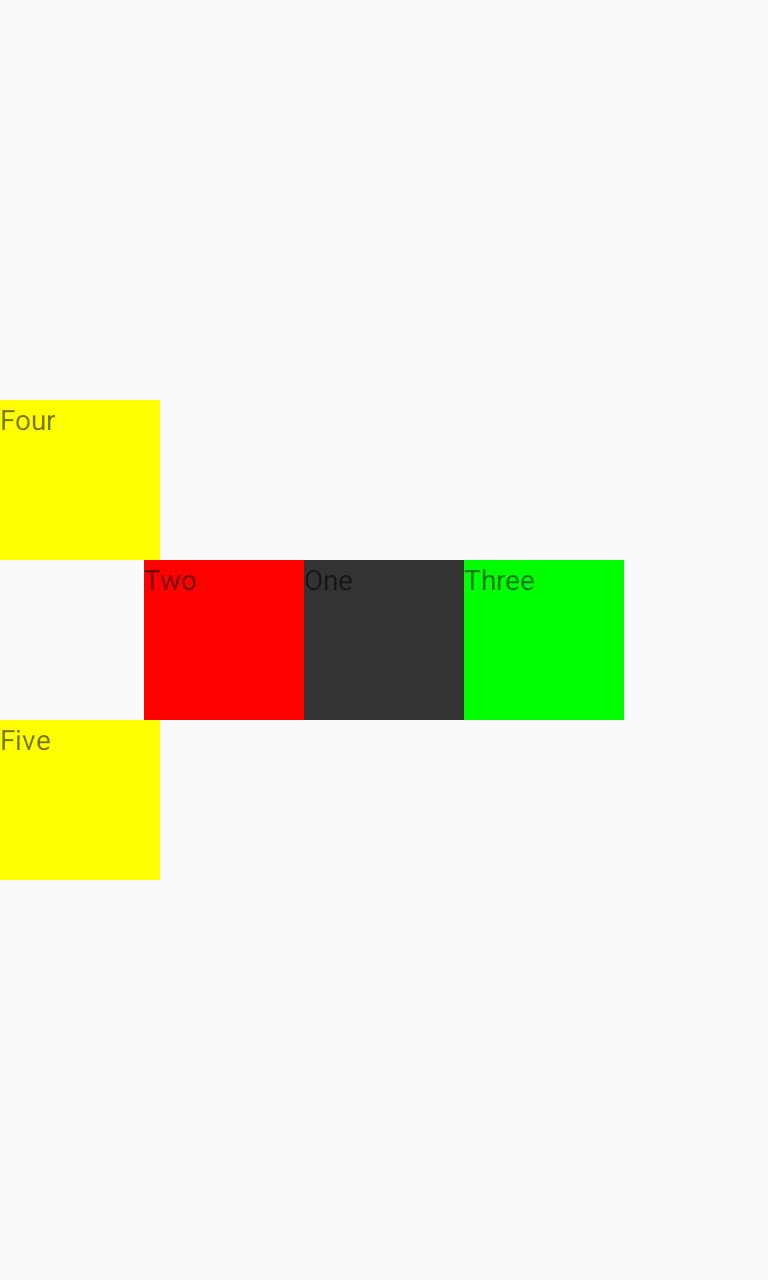
Repository: bingb89/Garbage
Layout: xml/hello/res/layout/activity_main.xml
These files come from the project's save history. The layout is drawn as it stood at one moment and after the next save; the edit follows.
It is drawn on a 768 x 1280 px phone screen (xhdpi) without system bars, with theme AppTheme; the app's code is not run.

Above is the layout before, as saved 2015-12-24 08:52:40.

### xml/hello/res/layout/activity_main.xml
<RelativeLayout xmlns:android="http://schemas.android.com/apk/res/android"
    xmlns:tools="http://schemas.android.com/tools"
    android:id="@+id/RelativeLayout1"
    android:layout_width="match_parent"
    android:layout_height="match_parent" >

    <TextView
        android:id="@+id/t1"
        android:layout_width="80dp"
        android:layout_height="80dp"
        android:layout_centerInParent="true"
        android:background="#333333"
        android:text="@string/one" />

    <TextView
        android:id="@+id/t2"
        android:layout_width="80dp"
        android:layout_height="80dp"
        android:layout_toLeftOf="@id/t1"
        android:layout_centerVertical="true"
        android:background="#ff0000"
        android:text="@string/two" />

    <TextView
        android:id="@+id/t3"
        android:layout_width="80dp"
        android:layout_height="80dp"
        android:layout_toRightOf="@id/t1"
        android:layout_centerVertical="true"
        android:background="#00ff00"
        android:text="@string/three" />

    <TextView
        android:id="@+id/t4"
        android:layout_width="80dp"
        android:layout_height="80dp"
        android:layout_above="@id/t1"
        android:background="#ffff00"
        android:text="@string/four" />

    <TextView
        android:id="@+id/t5"
        android:layout_width="80dp"
        android:layout_height="80dp"
        android:layout_below="@id/t1"
        android:background="#ffff00"
        android:text="@string/five" />

</RelativeLayout>

### xml/hello/res/values/strings.xml
<?xml version="1.0" encoding="utf-8"?>
<resources>

    <string name="app_name">hello</string>
    <string name="hello_world">Hello world!</string>
    <string name="action_settings">Settings</string>

    <string name="one">One</string>
    <string name="two">Two</string>
    <string name="three">Three</string>
    <string name="four">Four</string>
    <string name="five">Five</string>

</resources>

Loaded but not shown: xml/hello/res/values/styles.xml (common file); xml/hello/res/values-v11/styles.xml (common file); xml/hello/res/values-v14/styles.xml (common file)

After the next save:
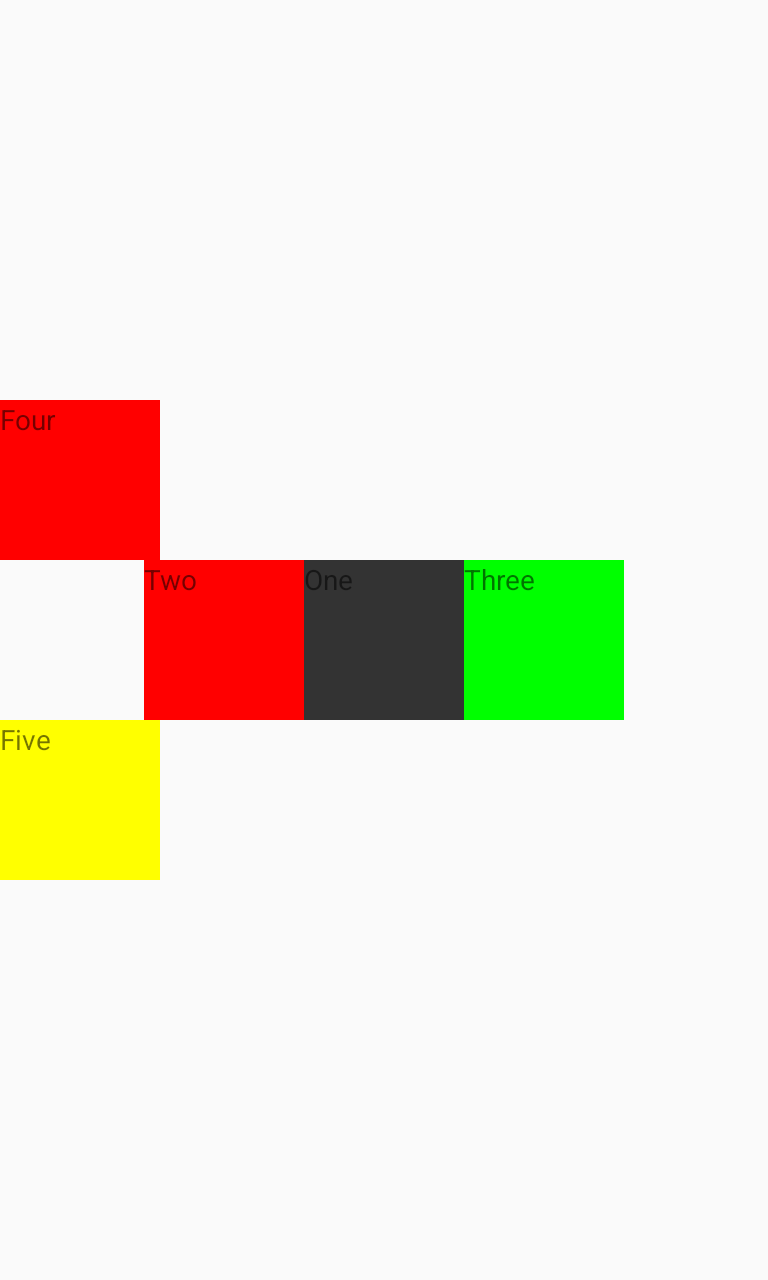
Saved 19 s later.
--- a/xml/hello/res/layout/activity_main.xml
+++ b/xml/hello/res/layout/activity_main.xml
@@ -35,7 +35,7 @@
         android:layout_width="80dp"
         android:layout_height="80dp"
         android:layout_above="@id/t1"
-        android:background="#ffff00"
+        android:background="#ff0000"
         android:text="@string/four" />
 
     <TextView
